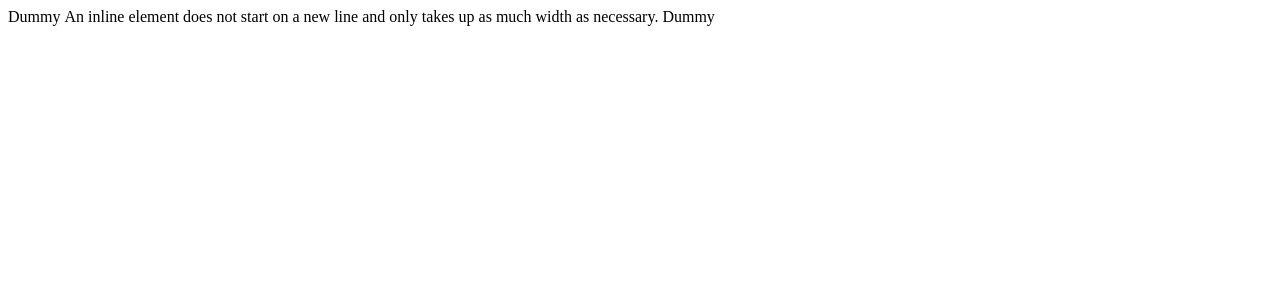
Repository: skybluelion/KB
Page: KB/work05_front/front02_css3/src/main/webapp/css09_display.html
These files come from the project's save history. The page is drawn as it stood at one moment and after the next save; the edit follows.
The browser window is 1280 px wide. The pictures show the whole page.

Above is the page before, as saved 2023-04-10 04:25:39.

### KB/work05_front/front02_css3/src/main/webapp/css09_display.html
<!DOCTYPE html>
<html>
<head>
<meta charset="UTF-8">
<title>Insert title here</title>
<style>
/* 	#box{ display:none;} 아예 컨텐츠를 지워버림 but 생성은 한 후 지우는 것 */
/* 	#box{ visibility: hidden;}  그 자리를 숨기는 것 공간은 존재*/
/* 	#box{display:inline;} 인라인 요소로 변경 */
/* 	#box{display:block;} 블락 요소로 변경 */
 	#box{display:inline-block;}
</style>
</head>
<body>
<span>Dummy</span>
<div id="box">
	<span>An inline element does not start on a new line and only takes up as much width as necessary.</span>
</div>
<span>Dummy</span>
</body>
</html>

After the next save:
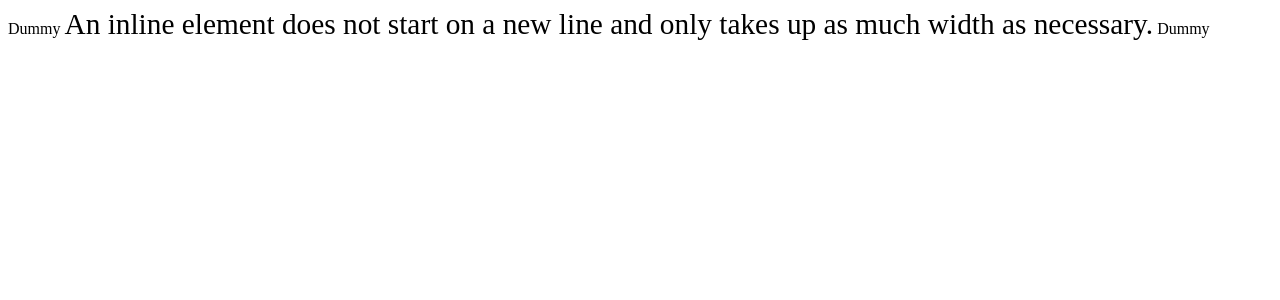
Saved 3 min 0 s later.
--- a/KB/work05_front/front02_css3/src/main/webapp/css09_display.html
+++ b/KB/work05_front/front02_css3/src/main/webapp/css09_display.html
@@ -8,7 +8,11 @@
 /* 	#box{ visibility: hidden;}  그 자리를 숨기는 것 공간은 존재*/
 /* 	#box{display:inline;} 인라인 요소로 변경 */
 /* 	#box{display:block;} 블락 요소로 변경 */
- 	#box{display:inline-block;}
+/* 독립적인 요소로 css와 js를 줄 수 있음. */
+ 	#box{
+ 		display:inline-block;/* 결과는 인라인 요소. but 옆에 부착 */
+ 		font-size: 22pt;
+ 	}
 </style>
 </head>
 <body>
